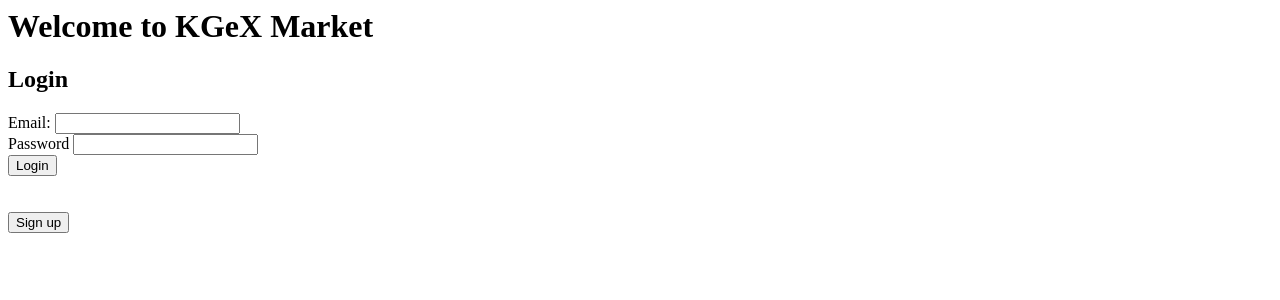
Repository: Keko1/market
Page: http://localhost/Market/LoginController
These files come from the project's save history. The page is drawn as it stood at one moment and after the next save; the edit follows.
The browser window is 1280 px wide. The pictures show the whole page.
The page is served by Tomcat 9. Other server files are loaded and not shown. Queries for data that is not in the repository find no rows.

Above is the page before, as saved 2021-02-10 13:16:40.
Console error (its wording comes from the project's code and is left out).

### Market/WebContent/login.jsp
<html>
<head>
<meta charset=utf-8>
<title>Login Page</title>
</head>
<body>
<h1>Welcome to KGeX Market</h1>
<h2>Login</h2>
	<div class="">
		<form method="post" action="LoginController" >
		  <label class="col-md-2">Email:</label class="col-md-2">
  		  <input class="input" type="email" id="email" name="email"><br>
  		  <label class="col-md-2">Password</label class="col-md-2">
  		  <input class="input" type="password" id="pass" name="pass"><br>
  		  <button class="btn btn-success" type="submit">Login</button><br>

  		  <br><br>
  		  <button onclick="window.location.href='C:\Users\Keko\eclipse-workspace\Market\WebContent\home.jsp">Sign up</button>
</body>
</html>

### Market/src/com/market/LoginController.java
	package com.market;

	import java.io.*;
	import javax.servlet.RequestDispatcher;
	import javax.servlet.ServletException;
	import javax.servlet.http.*;

	public class LoginController extends HttpServlet {
		protected void doPost(HttpServletRequest request, HttpServletResponse response)
				throws ServletException, IOException {
			response.setContentType("text/html");
			PrintWriter out = response.getWriter();

			String email = request.getParameter("email");
			String password = request.getParameter("pass");
			String signup = request.getParameter("signup");
			Customer customer = new Customer();
			customer.setEmail(email);
			customer.setPassword(password);
			request.setAttribute("customer", customer);

			boolean status = customer.validate();

			if (status) {
				RequestDispatcher rd = request.getRequestDispatcher("market.jsp");
				rd.forward(request, response);
			} else {
				RequestDispatcher rd = request.getRequestDispatcher("login.jsp");
				rd.forward(request, response);
			}

		}

		@Override
		protected void doGet(HttpServletRequest req, HttpServletResponse resp) throws ServletException, IOException {
			doPost(req, resp);
		}
	}

### Market/src/com/market/Customer.java
package com.market;

import java.sql.*;
import javax.xml.bind.*;
import javax.servlet.RequestDispatcher;
import javax.servlet.ServletException;
import javax.servlet.http.*;

public class Customer {
	String first_name;
	String email;
	String last_name;
	String phone;
	String password;

	public Customer(String first_name, String email, String last_name, String phone, String password) {
		super();
		this.first_name = first_name;
		this.email = email;
		this.last_name = last_name;
		this.phone = phone;
		this.password = password;
	}

	public Customer() {
		// TODO Auto-generated constructor stub
	}

	public String getFirst_name() {
		return first_name;
	}

	public void setFirst_name(String first_name) {
		this.first_name = first_name;
	}

	public String getEmail() {
		return email;
	}

	public void setEmail(String email) {
		this.email = email;
	}

	public String getLast_name() {
		return last_name;
	}

	public void setLast_name(String last_name) {
		this.last_name = last_name;
	}

	public String getPhone() {
		return phone;
	}

	public void setPhone(String phone) {
		this.phone = phone;
	}

	public String getPassword() {
		return password;
	}

	public void setPassword(String password) {
		this.password = password;
	}
	public boolean validate(){
		String jdbcDriver = "com.microsoft.sqlserver.jdbc.SQLServerDriver";
		String jdbcURL = "jdbc:sqlserver://localhost;Databasename=market;user=sa;password=123;";
		int i = 0;
		try {
			Class.forName(jdbcDriver).newInstance();
			Connection conn = DriverManager.getConnection(jdbcURL);
			Statement st = conn.createStatement();
			ResultSet rs = st.executeQuery("select count(*) AS COUNT from customers where email = '" + this.email +"' and password = '" + this.password + "';");
			while (rs.next()) {
				i = (int) rs.getObject(1);
			}
		} catch (Exception e){
			e.printStackTrace(System.err);
		    System.exit(0);
		}

		if (i > 0)
			return true;
		return false;
	}
	public boolean checkMail(){
		String jdbcDriver = "com.microsoft.sqlserver.jdbc.SQLServerDriver";
		String jdbcURL = "jdbc:sqlserver://localhost;Databasename=market;user=sa;password=123;";
		int i = 0;
		try {
			Class.forName(jdbcDriver).newInstance();
			Connection conn = DriverManager.getConnection(jdbcURL);
			Statement st = conn.createStatement();
			ResultSet rs = st.executeQuery("select count(*) AS COUNT from customers where email = '" + this.email +"';");

			while (rs.next()) {
				i = (int) rs.getObject(1);

			}
			if(i > 0) {

				return false;
			}
			return true;
		} catch (Exception e){
			e.printStackTrace(System.err);
		    System.exit(0);
		    return false;
		}
	}

	public void register() {
		String jdbcDriver = "com.microsoft.sqlserver.jdbc.SQLServerDriver";
		String jdbcURL = "jdbc:sqlserver://localhost;Databasename=market;user=sa;password=123;";

		try {
			Class.forName(jdbcDriver).newInstance();
			Connection conn = DriverManager.getConnection(jdbcURL);
			Statement st = conn.createStatement();
			st.executeUpdate("insert into customers (first_name,last_name,email,phone,password ) values('" + first_name + "', '" + last_name + "', '" + email + "', '" + phone + "', '" + password + "');");

	}
		catch (Exception e){
			e.printStackTrace(System.err);
		    System.exit(0);
		}
	}
}

After the next save:
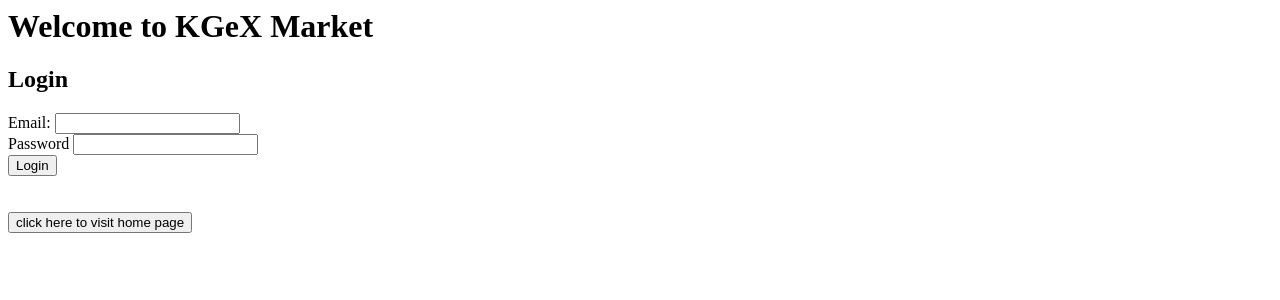
The error is gone.
Saved 14 min 28 s later.
--- a/Market/WebContent/login.jsp
+++ b/Market/WebContent/login.jsp
@@ -15,6 +15,6 @@
   		  <button class="btn btn-success" type="submit">Login</button><br>
 
   		  <br><br>
-  		  <button onclick="window.location.href='C:\Users\Keko\eclipse-workspace\Market\WebContent\home.jsp">Sign up</button>
+  		  	<input type=button onClick="location.href='C:\Users\Keko\eclipse-workspace\Market\WebContent\home.jsp'" value='click here to visit home page'>
 </body>
 </html>
